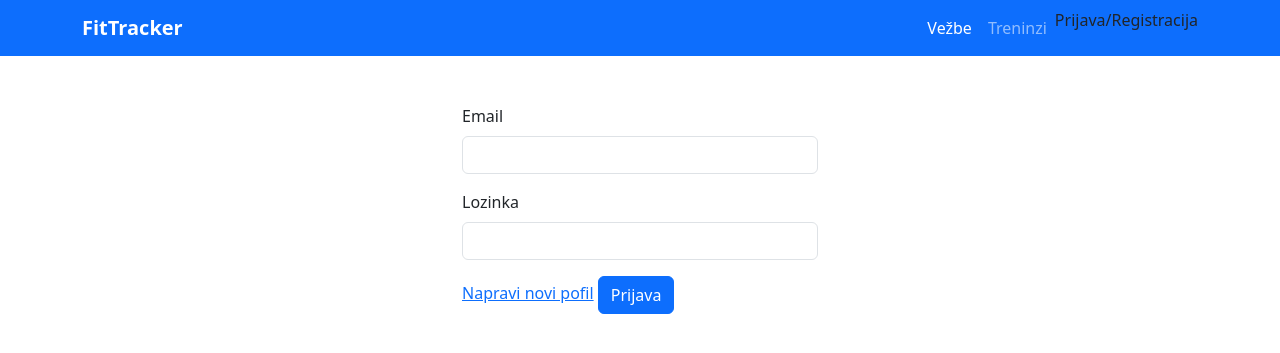
Repository: M1K1B/FitTracker
Page: http://localhost/FitTrackerWeb/login.jsp
These files come from the project's save history. The page is drawn as it stood at one moment and after the next save; the edit follows.
The browser window is 1280 px wide. The pictures show the whole page.
The page is served by Tomcat 9.

Above is the page before, as saved 2024-01-31 14:42:00.

After the next save:
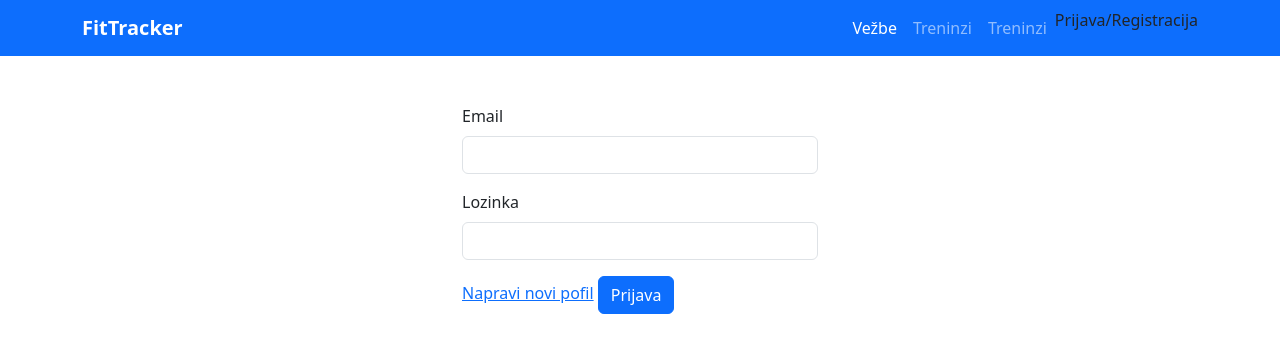
Saved 10 s later.
--- a/FitTrackerWeb/src/main/webapp/header.jsp
+++ b/FitTrackerWeb/src/main/webapp/header.jsp
@@ -32,6 +32,8 @@
 					<li class="nav-item"><a class="nav-link"
 						href="/FitTracker/treninzi/sviTreninzi">Treninzi</a></li>
 					<c:if test="${authentificatedUser == null}">
+					<li class="nav-item"><a class="nav-link"
+						href="/FitTracker/treninzi/sviTreninzi">Treninzi</a></li>
 						Prijava/Registracija
 					</c:if>
 					<c:if test="${authentificatedUser != null}">
